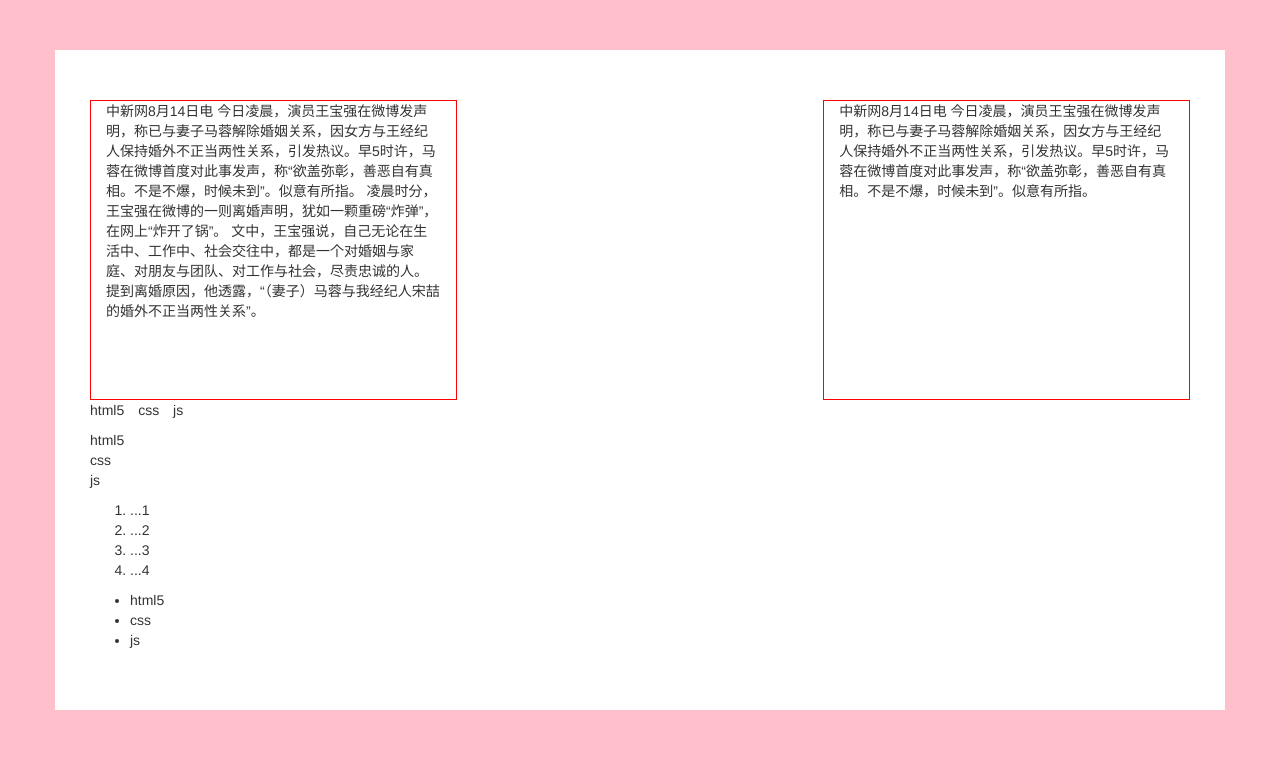
Repository: linkosong/mine
Page: workspaces/activity/src/main/webapp/WEB-INF/index.html
The author's editor kept a copy of each file at every save. The page is drawn from the files as they stood at one save, then again after the next save.
The browser window is 1280 px wide. The pictures show the whole page.

Above is the page before, as saved 2016-11-15 06:50:38.

### workspaces/activity/src/main/webapp/WEB-INF/index.html
<!DOCTYPE HTML>
<html>
	<head>
		<meta http-equiv="X-UA-Compatible" content="IE=edge"><!--  IE浏览器9.0全都支持 ，的核心配置意思是与bootstrap交融，正常使用  -->
		<meta name="viewport" charset="utf-8"  content="device=device-width,initoal-scale=1"><!--  合适图框的大小，缩放的比例 ，支持pc端，移动端     -->
		<title>Bootstrap基础入门</title>
		<link rel="stylesheet" href="bootstrap/css/bootstrap.min.css" type="text/css"></link>
		<script type="text/javascript" src="bootstrap/js/jquery-3.1.1.min.js"></script>
		<script type="text/javascript" src="bootstrap/js/bootstrap.min.js"></script>
	</head>

	<body style="padding: 50px; background-color: pink">
		<div class="container" style="padding: 50px; background-color: #fff"> <!-- container : 表示的是文字或内容到边框的自动调整       -->

			<div class="row">
				<div class="col-md-4 " style="border:1px solid red;height:300px"> <!--  col-md-* :表示的是所适应的屏幕
				                                                                        col-后跟sm用于手机端， xs用于平板 ， md用于电脑 ，lg用于大屏幕
				                                                                                                                                                                                                                        默认的是一行十二列
				                                                                     -->

					中新网8月14日电
					今日凌晨，演员王宝强在微博发声明，称已与妻子马蓉解除婚姻关系，因女方与王经纪人保持婚外不正当两性关系，引发热议。早5时许，马蓉在微博首度对此事发声，称“欲盖弥彰，善恶自有真相。不是不爆，时候未到”。似意有所指。
					凌晨时分，王宝强在微博的一则离婚声明，犹如一颗重磅“炸弹”，在网上“炸开了锅”。
					文中，王宝强说，自己无论在生活中、工作中、社会交往中，都是一个对婚姻与家庭、对朋友与团队、对工作与社会，尽责忠诚的人。提到离婚原因，他透露，“（妻子）马蓉与我经纪人宋喆的婚外不正当两性关系”。
				</div>
				<div class="col-md-4 col-md-offset-4" style="border:1px solid red;height:300px">
					中新网8月14日电
					今日凌晨，演员王宝强在微博发声明，称已与妻子马蓉解除婚姻关系，因女方与王经纪人保持婚外不正当两性关系，引发热议。早5时许，马蓉在微博首度对此事发声，称“欲盖弥彰，善恶自有真相。不是不爆，时候未到”。似意有所指。
			</div>
			<div>
			  <ul class="list-inline">
				<li>html5</li>
				<li>css</li>
				<li>js</li>
			  </ul>
			  <ul class="list-unstyled">
				<li>html5</li>
				<li>css</li>
				<li>js</li>
			  </ul>
			  <ol>
                <li>...1</li>
                <li>...2</li>
                <li>...3</li>
                <li>...4</li>
              </ol>
               <ul >
				<li>html5</li>
				<li>css</li>
				<li>js</li>
			  </ul>
			</div>
		</div>
	</div>
	</body>
</html>

Loaded but not shown: workspaces/activity/src/main/webapp/bootstrap/css/bootstrap.min.css (library); workspaces/activity/src/main/webapp/bootstrap/js/jquery-3.1.1.min.js (library); workspaces/activity/src/main/webapp/bootstrap/js/bootstrap.min.js (library)

After the next save:
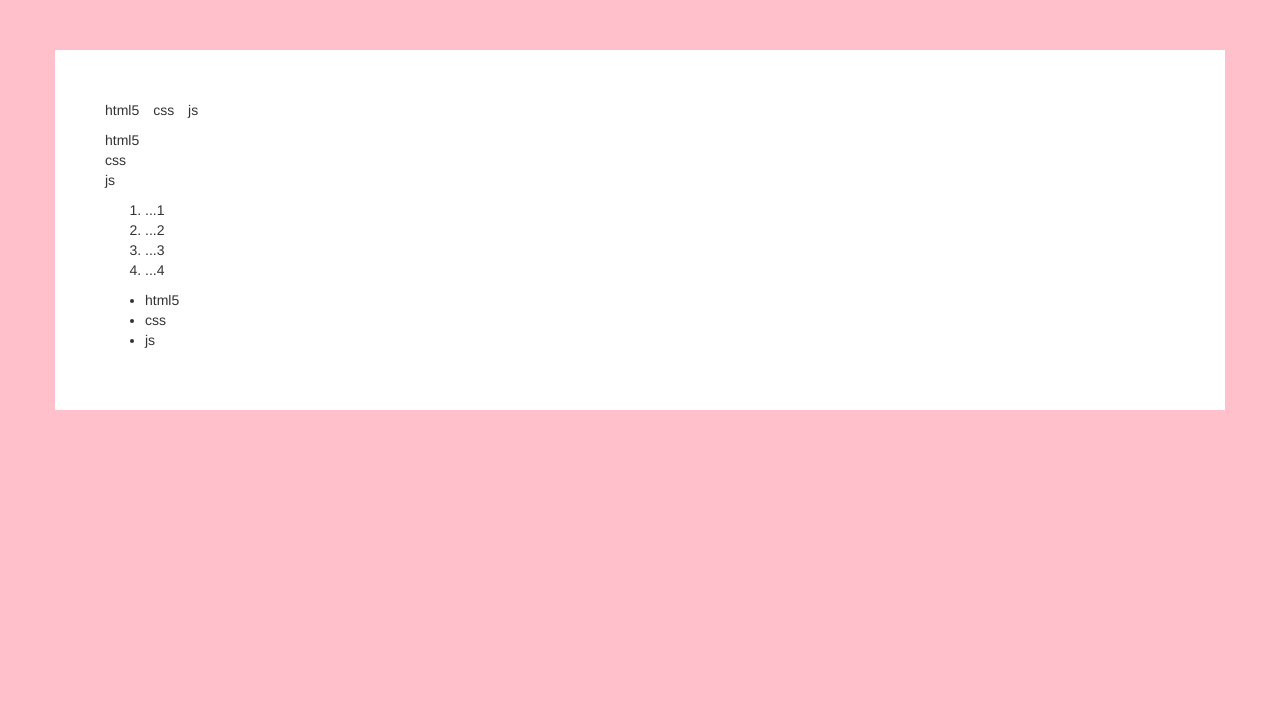
Saved 50 s later.
--- a/workspaces/activity/src/main/webapp/WEB-INF/index.html
+++ b/workspaces/activity/src/main/webapp/WEB-INF/index.html
@@ -11,22 +11,6 @@
 
 	<body style="padding: 50px; background-color: pink">
 		<div class="container" style="padding: 50px; background-color: #fff"> <!-- container : 表示的是文字或内容到边框的自动调整       -->
-
-			<div class="row">
-				<div class="col-md-4 " style="border:1px solid red;height:300px"> <!--  col-md-* :表示的是所适应的屏幕
-				                                                                        col-后跟sm用于手机端， xs用于平板 ， md用于电脑 ，lg用于大屏幕
-				                                                                                                                                                                                                                        默认的是一行十二列
-				                                                                     -->
-
-					中新网8月14日电
-					今日凌晨，演员王宝强在微博发声明，称已与妻子马蓉解除婚姻关系，因女方与王经纪人保持婚外不正当两性关系，引发热议。早5时许，马蓉在微博首度对此事发声，称“欲盖弥彰，善恶自有真相。不是不爆，时候未到”。似意有所指。
-					凌晨时分，王宝强在微博的一则离婚声明，犹如一颗重磅“炸弹”，在网上“炸开了锅”。
-					文中，王宝强说，自己无论在生活中、工作中、社会交往中，都是一个对婚姻与家庭、对朋友与团队、对工作与社会，尽责忠诚的人。提到离婚原因，他透露，“（妻子）马蓉与我经纪人宋喆的婚外不正当两性关系”。
-				</div>
-				<div class="col-md-4 col-md-offset-4" style="border:1px solid red;height:300px">
-					中新网8月14日电
-					今日凌晨，演员王宝强在微博发声明，称已与妻子马蓉解除婚姻关系，因女方与王经纪人保持婚外不正当两性关系，引发热议。早5时许，马蓉在微博首度对此事发声，称“欲盖弥彰，善恶自有真相。不是不爆，时候未到”。似意有所指。
-			</div>
 			<div>
 			  <ul class="list-inline">
 				<li>html5</li>

After the save that followed:
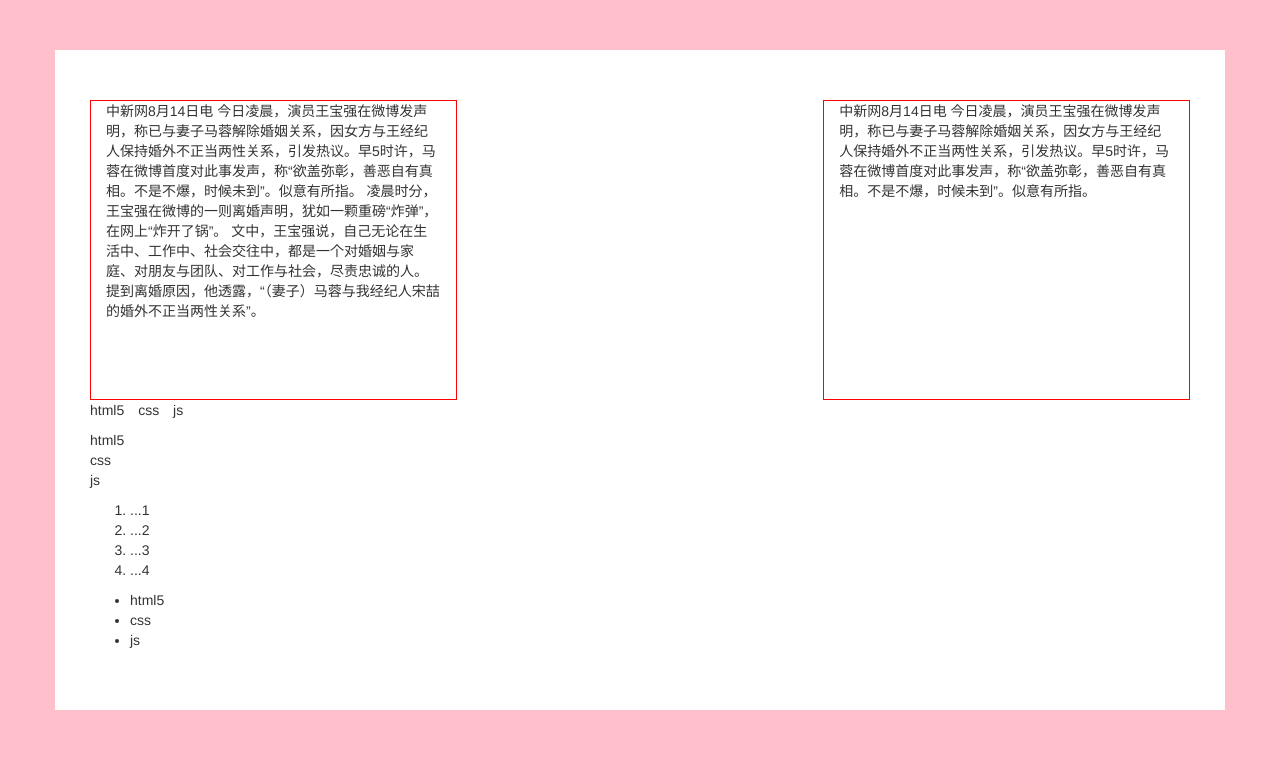
Saved 52 s later.
--- a/workspaces/activity/src/main/webapp/WEB-INF/index.html
+++ b/workspaces/activity/src/main/webapp/WEB-INF/index.html
@@ -11,6 +11,22 @@
 
 	<body style="padding: 50px; background-color: pink">
 		<div class="container" style="padding: 50px; background-color: #fff"> <!-- container : 表示的是文字或内容到边框的自动调整       -->
+
+			<div class="row">
+				<div class="col-md-4 " style="border:1px solid red;height:300px"> <!--  col-md-* :表示的是所适应的屏幕
+				                                                                        col-后跟sm用于手机端， xs用于平板 ， md用于电脑 ，lg用于大屏幕
+				                                                                                                                                                                                                                        默认的是一行十二列
+				                                                                     -->
+
+					中新网8月14日电
+					今日凌晨，演员王宝强在微博发声明，称已与妻子马蓉解除婚姻关系，因女方与王经纪人保持婚外不正当两性关系，引发热议。早5时许，马蓉在微博首度对此事发声，称“欲盖弥彰，善恶自有真相。不是不爆，时候未到”。似意有所指。
+					凌晨时分，王宝强在微博的一则离婚声明，犹如一颗重磅“炸弹”，在网上“炸开了锅”。
+					文中，王宝强说，自己无论在生活中、工作中、社会交往中，都是一个对婚姻与家庭、对朋友与团队、对工作与社会，尽责忠诚的人。提到离婚原因，他透露，“（妻子）马蓉与我经纪人宋喆的婚外不正当两性关系”。
+				</div>
+				<div class="col-md-4 col-md-offset-4" style="border:1px solid red;height:300px">
+					中新网8月14日电
+					今日凌晨，演员王宝强在微博发声明，称已与妻子马蓉解除婚姻关系，因女方与王经纪人保持婚外不正当两性关系，引发热议。早5时许，马蓉在微博首度对此事发声，称“欲盖弥彰，善恶自有真相。不是不爆，时候未到”。似意有所指。
+			</div>
 			<div>
 			  <ul class="list-inline">
 				<li>html5</li>
